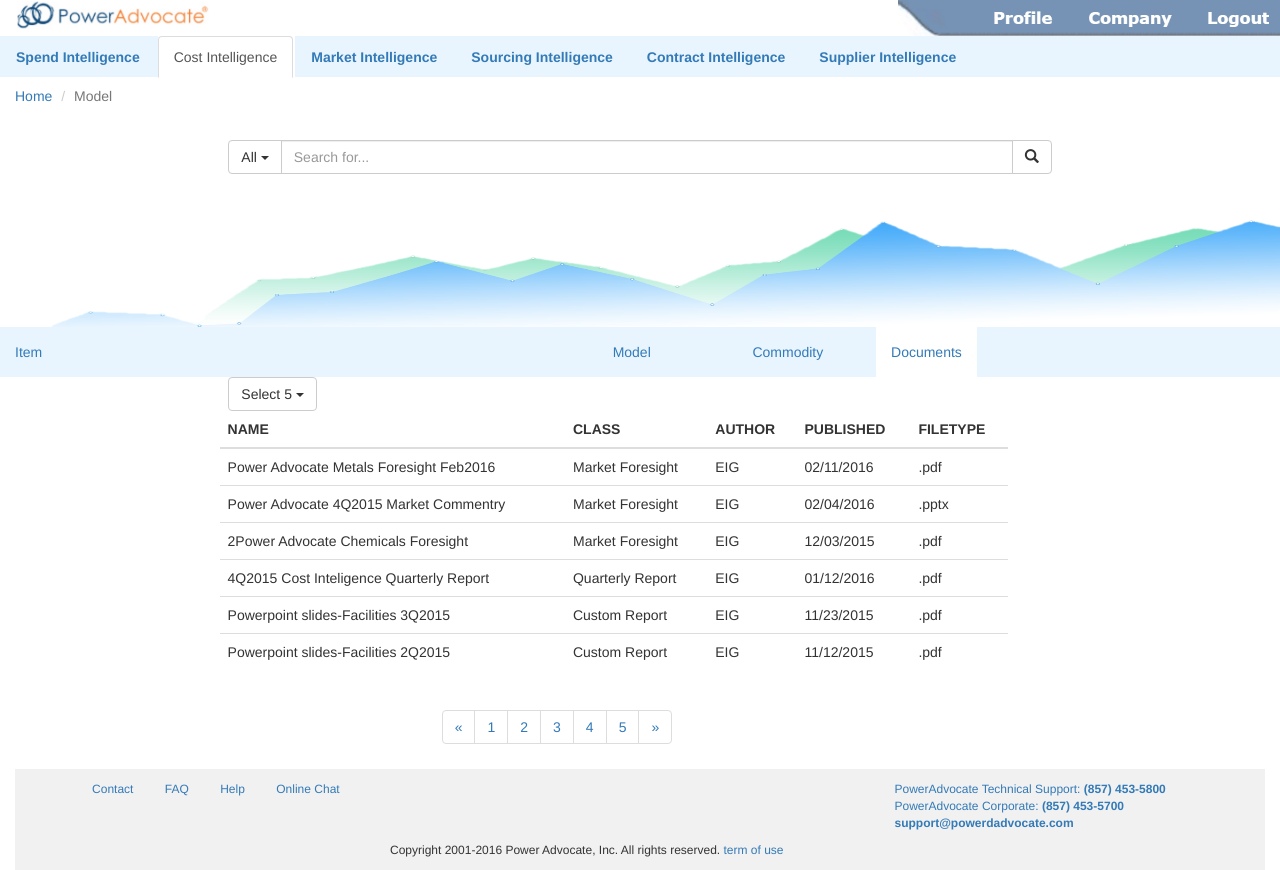
Repository: SamiraMansouri/PowerAdvocate-CostIntelligence-Application-new-Design-using-UserExperience-Method-
Page: http://localhost/PowerAdvocate/WEB-INF/views/Documents.jsp
The author's editor kept a copy of each file at every save. The page is drawn from the files as they stood at one save, then again after the next save.
The browser window is 1280 px wide. The pictures show the whole page.
The page is served by Tomcat 9. Nobody is signed in. The template is opened directly, without the code that normally fills it, so the values that code supplies are empty.

Above is the page before, as saved 2016-04-25 05:53:03.

After the next save:
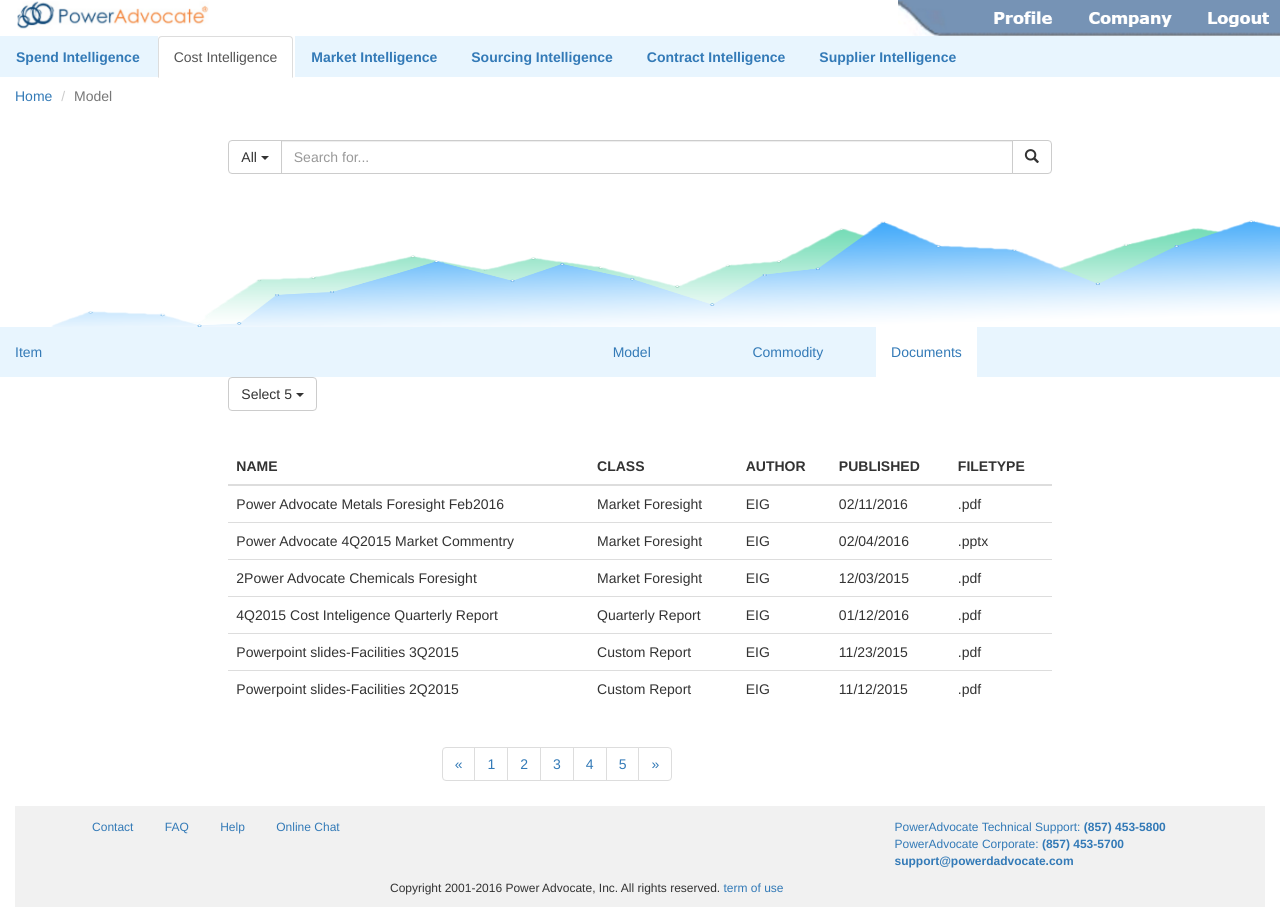
Saved 11 s later.
--- a/PowerAdvocate-Prototype/PowerAdvocate/src/main/webapp/WEB-INF/views/Documents.jsp
+++ b/PowerAdvocate-Prototype/PowerAdvocate/src/main/webapp/WEB-INF/views/Documents.jsp
@@ -238,7 +238,7 @@
     	</div>
     </div>
 
-    <div class="row" style="margin-right:3%;">
+    <div class="row" style="margin-top:3%;">
     	<div class="col-sm-2"></div>
     	<div class="col-sm-8">
     		<table class="table table-hover">
